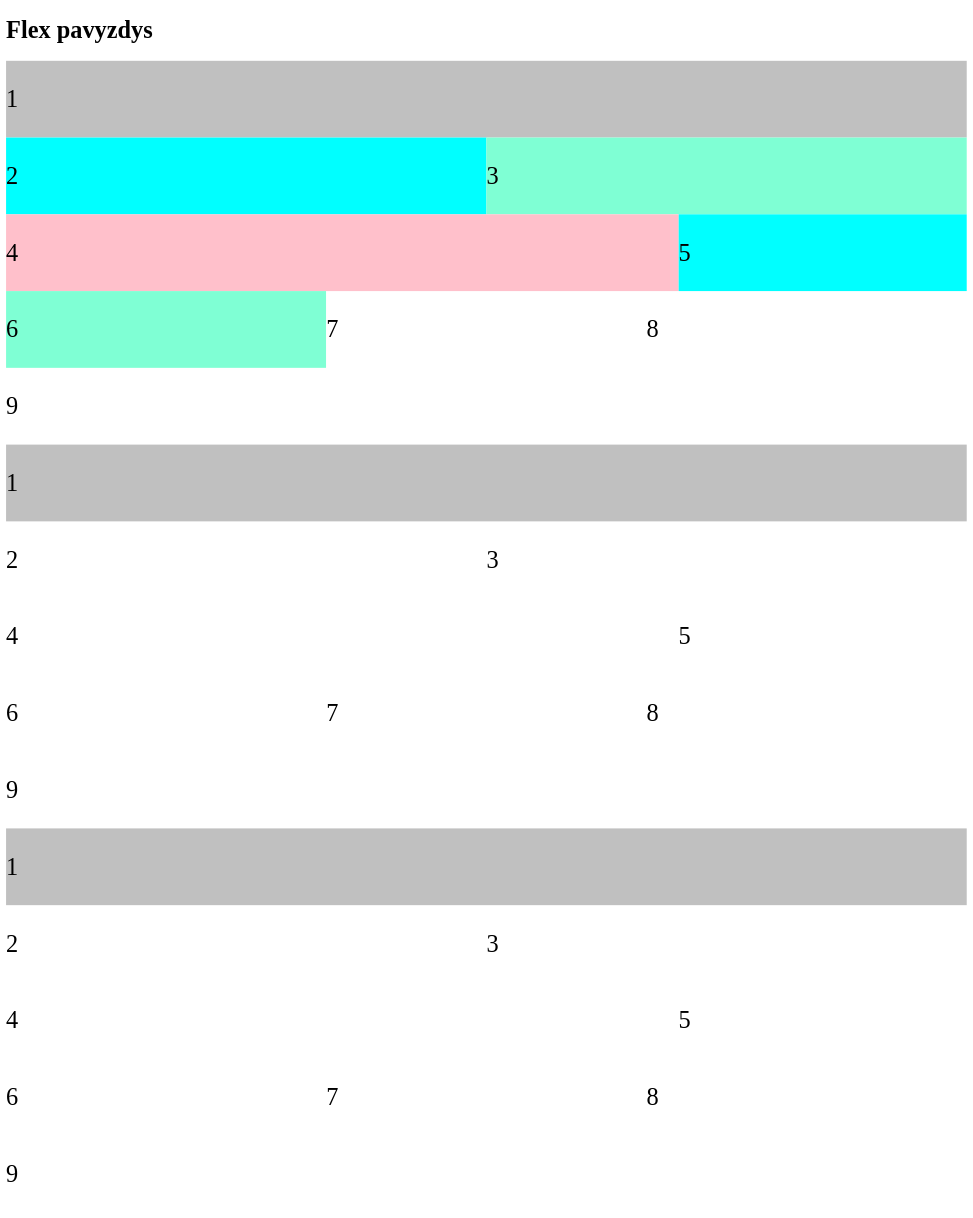
Repository: motiejus1/06-paskaita-invest
Page: index.html
The author's editor kept a copy of each file at every save. The page is drawn from the files as they stood at one save, then again after a run of saves.
The browser window is 1280 px wide. The pictures show the whole page, at 76% of full size.

Above is the page before, as saved 2021-06-09 18:41:17.

After the next 2 saves:
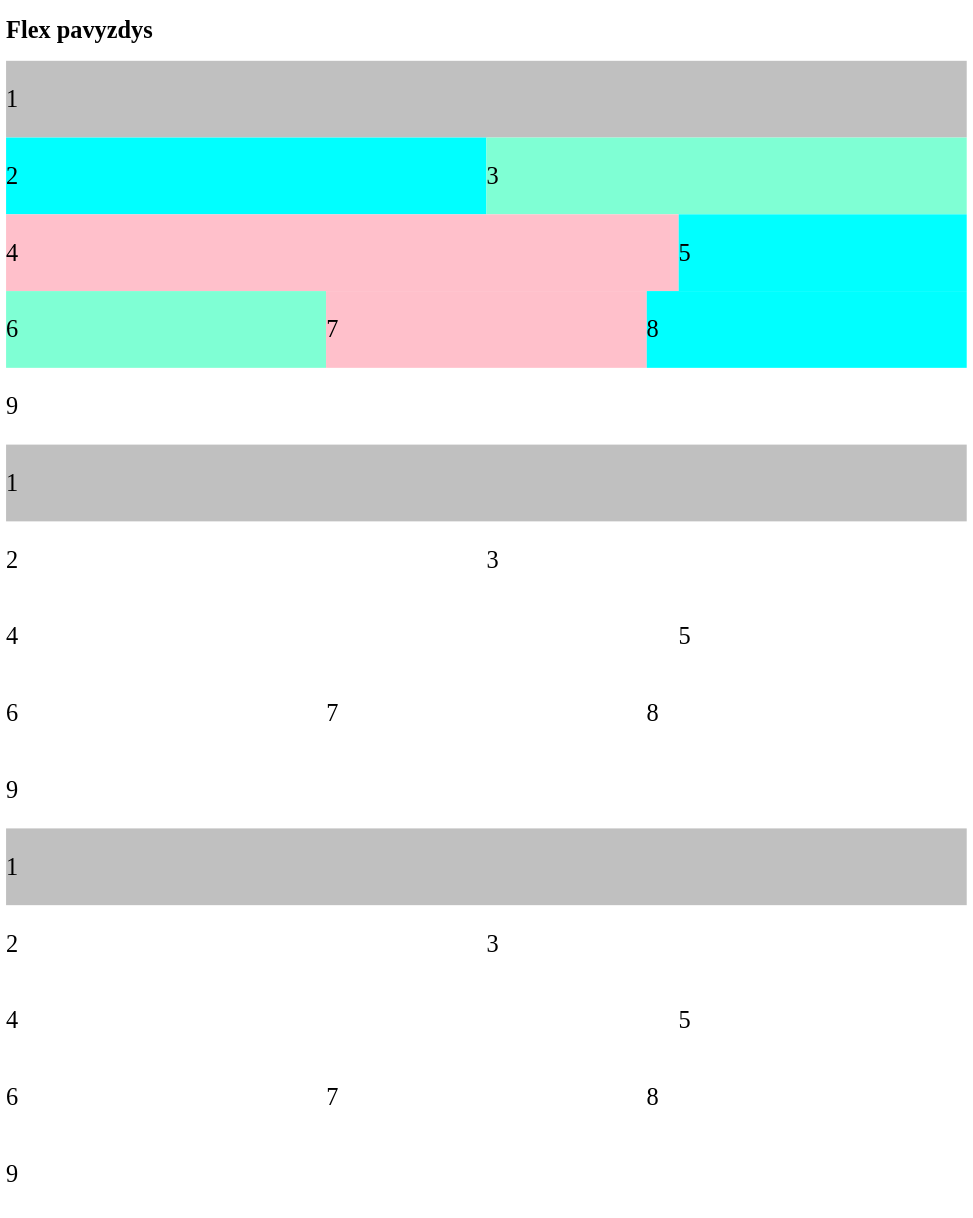
The 2 saves are shown as one change because they came seconds apart.
The last was saved 8 s later.
--- a/index.html
+++ b/index.html
@@ -61,8 +61,8 @@
             <div class="flex-item-4 rozine"><p>4</p></div>
             <div class="flex-item-5 zydra"><p>5</p></div>
             <div class="flex-item-6 zalsva"><p>6</p></div>
-            <div class="flex-item-7"><p>7</p></div>
-            <div class="flex-item-8"><p>8</p></div>
+            <div class="flex-item-7 rozine"><p>7</p></div>
+            <div class="flex-item-8 zydra"><p>8</p></div>
             <div class="flex-item-9"><p>9</p></div>
             <div class="flex-item-1"><p>1</p></div>
             <div class="flex-item-2"><p>2</p></div>
